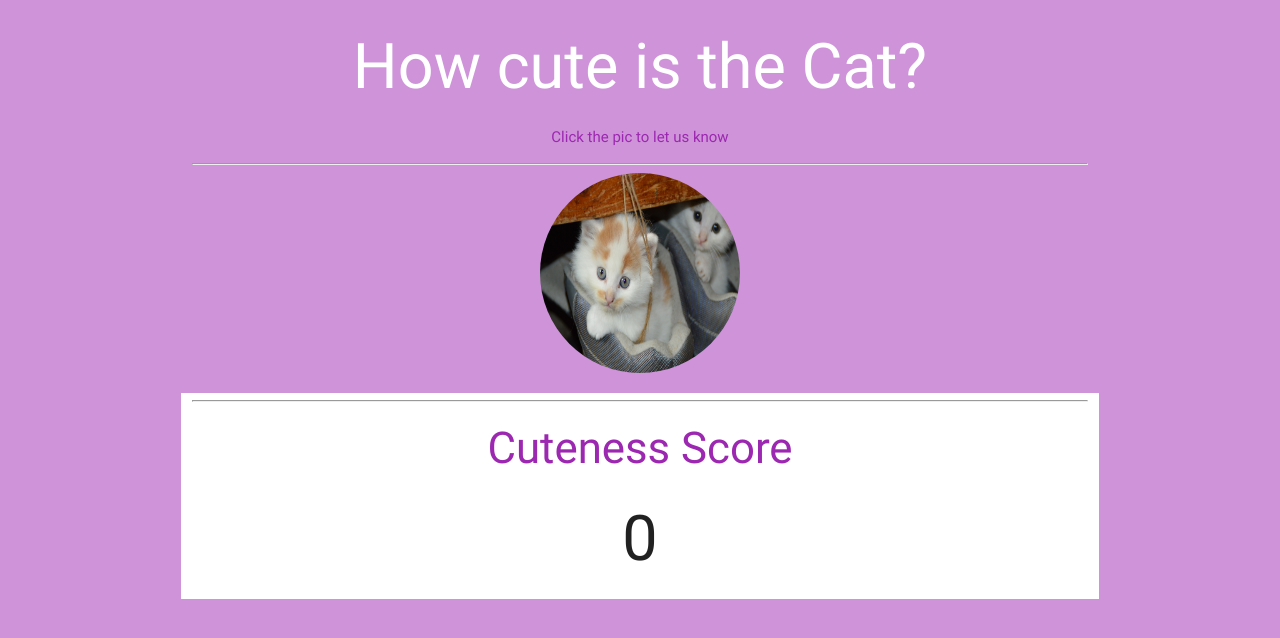
Repository: jaustinlam/cat-clicker
Page: main.html
The author's editor kept a record of every edit. The page is drawn from the files as they stood at one moment, then again after the next edit.
The browser window is 1280 px wide. The pictures show the whole page.

Above is the page before.

### main.html
<!DOCTYPE html>
<html lang="en-us">

<head>
<meta charset="utf-8">
<title>Cat Clicker</title>
<!--stylesheets-->
<link href="https://fonts.googleapis.com/icon?family=Material+Icons" rel="stylesheet">
<link rel="stylesheet" type="text/css" href="materialize/css/materialize.min.css">
<link rel="stylesheet" type="text/css" href="css/styles.css">
</head>

<body>
    <div class="container">
        <div class="row">
            <div class="col s12">
                <h1 class="white-text" id="title">How cute is the Cat?</h1>
                <p class="purple-text lighten-2" id="title">Click the pic to let us know</p>
                <hr>
                <!--<i class="material-icons">play_for_class</i>-->
            </div>
            <div class="col s12">
                <img id="cat-img" class="circle responsive-img" src="images/cat-451377_1920.jpg">
            </div>
        </div>
        <div class="row cat-col">
            <div class="col s12">
                <hr>
                <h3 class="purple-text" id="title">Cuteness Score</h3>
                <h1 id="title">0</h1>
            </div>
        </div>



    </div>



<!--scripts-->
<script src="js/libs/jquery.min.js"></script>
<script src="js/script.js"></script>
</body>
</html>

### css/styles.css
#cat-img{
    height: 200px;
    width: 200px;
    margin: auto;
    display: block;

}
#title{
    text-align: center;
}

body{
    background-color: #ce93d8;
}

.cat-col{
    background-color: white;
}

### js/script.js


//Selectors
var $catPicsElem = $("#cat-pics");
var $catListElem = $("#catList");

// Variables
var cats = {
    "cats" : [
    {
        "name"  : "Scruffy",
        "img"   : "images/cat1.jpg",
    },
    {
        "name"  : "Puffy",
        "img"   : "images/cat2.jpg",
    },
    {
        "name"  : "Fluffy",
        "img"   : "images/cat3.jpg",
    },
    {
        "name"  : "Tuffy",
        "img"   : "images/cat4.jpg",
    },
    {
        "name"  : "Muffy",
        "img"   : "images/cat5.jpg",
    },
    {
        "name"  : "Duffy",
        "img"   : "images/cat6.jpg",
    },
    {
        "name"  : "Gruffy",
        "img"   : "images/cat7.jpg",
    }]
};



// Append cat names to list
loadCats = function(){
    for(var i = 0; i < cats.cats.length; i++){
        var thisCat = cats.cats[i];
        thisCat.clicks = 0;
        var elem = document.createElement('li');
        elem.textContent = thisCat.name;
        $catListElem.append(elem);
        $(elem).on('click', (function(c){
            return function(){
                $('#catList li').removeClass('active');
                $(this).addClass('active');
                $catPicsElem.empty();
                $catPicsElem.append("<h2 class='catName'>" + c.name + "</h2>");
                $catPicsElem.append("<img class='cat-img responsive-img' src='"+ c.img + "'>");
                $('#score').text(c.clicks);
                $('.cat-img').on('click', function(){
                    c.clicks += 1;
                    $('#score').text(c.clicks);
                });
            };
        })(thisCat));
    }

};
loadCats();

Loaded but not shown: materialize/css/materialize.min.css (library); js/libs/jquery.min.js (library)

After the next edit:
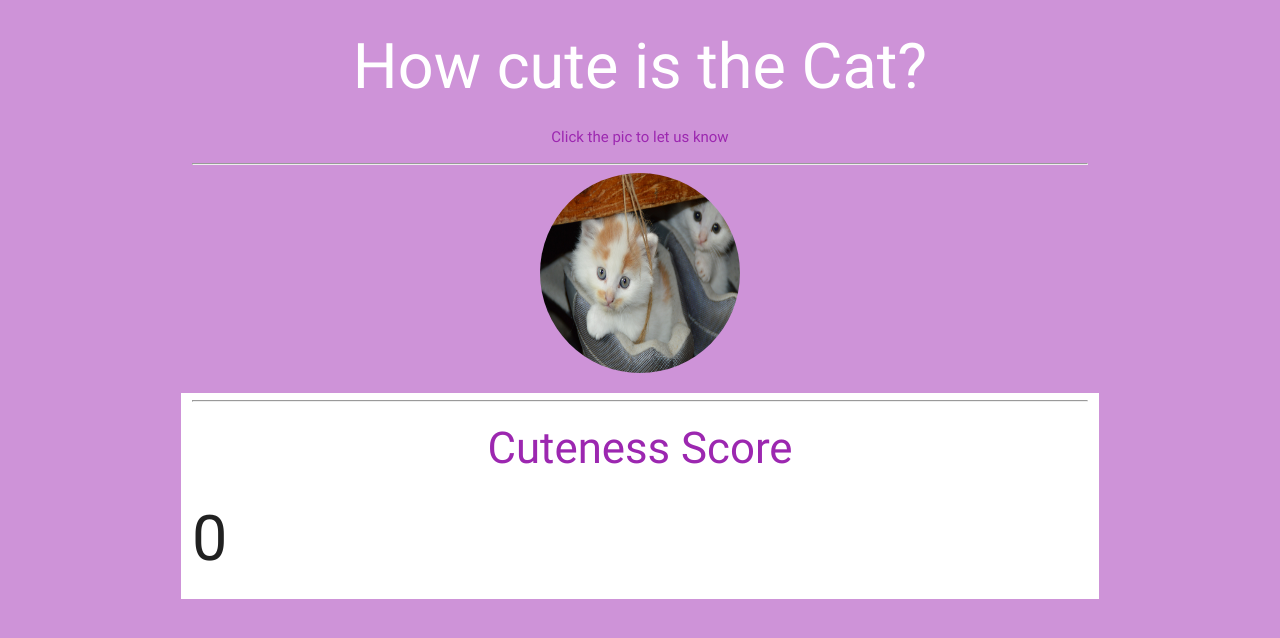
The edit:
--- a/main.html
+++ b/main.html
@@ -27,7 +27,7 @@
             <div class="col s12">
                 <hr>
                 <h3 class="purple-text" id="title">Cuteness Score</h3>
-                <h1 id="title">0</h1>
+                <h1 id="score">0</h1>
             </div>
         </div>
 
